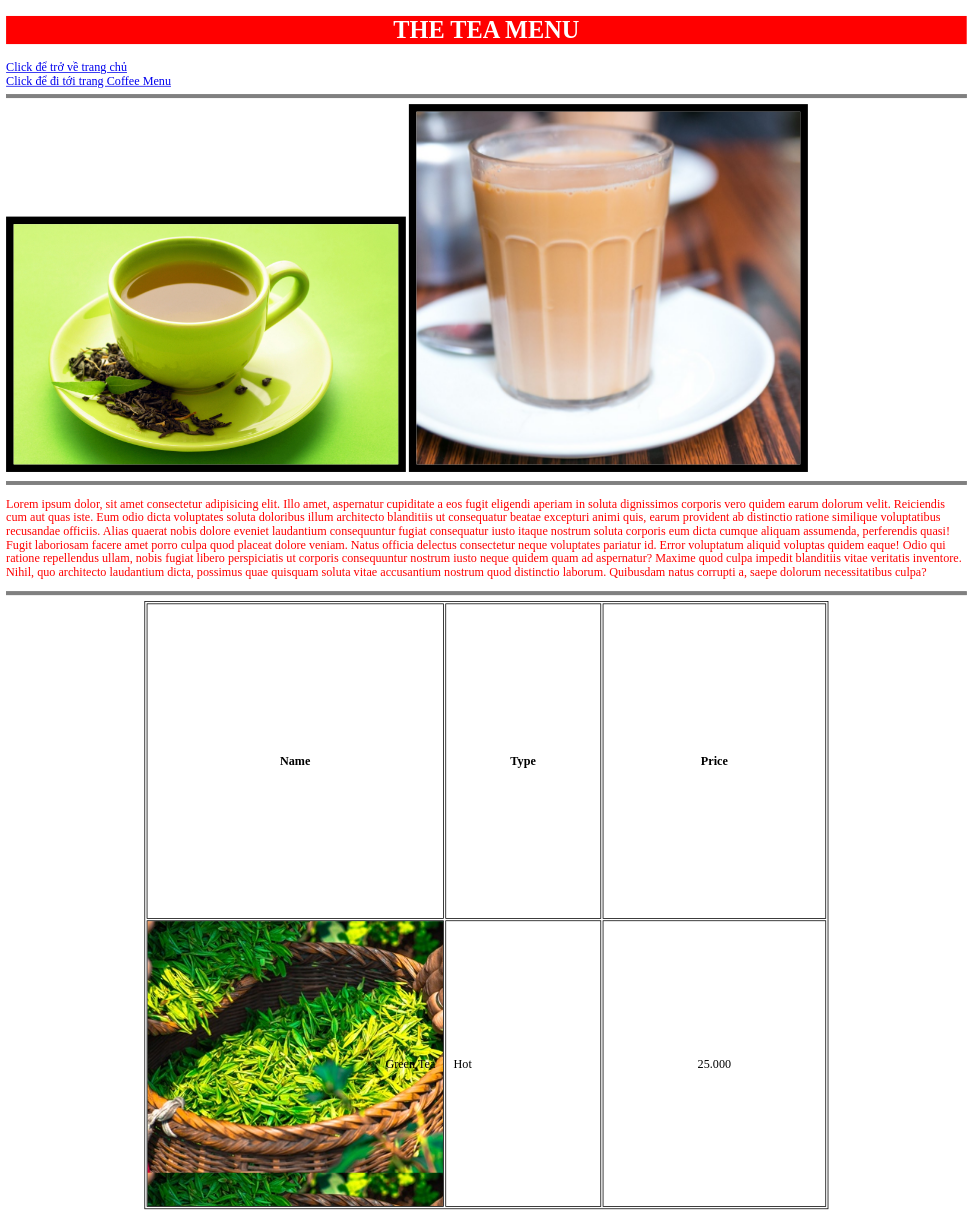
Repository: giahuy405/HomeWork_Coffee
Page: tea.html
An editor plug-in stored every save of this project. The page is shown before and after the next save, followed by the edit.
The browser window is 1280 px wide. The pictures show the whole page, at 76% of full size.

Above is the page before, as saved 2022-09-07 11:39:41.

After the next save:
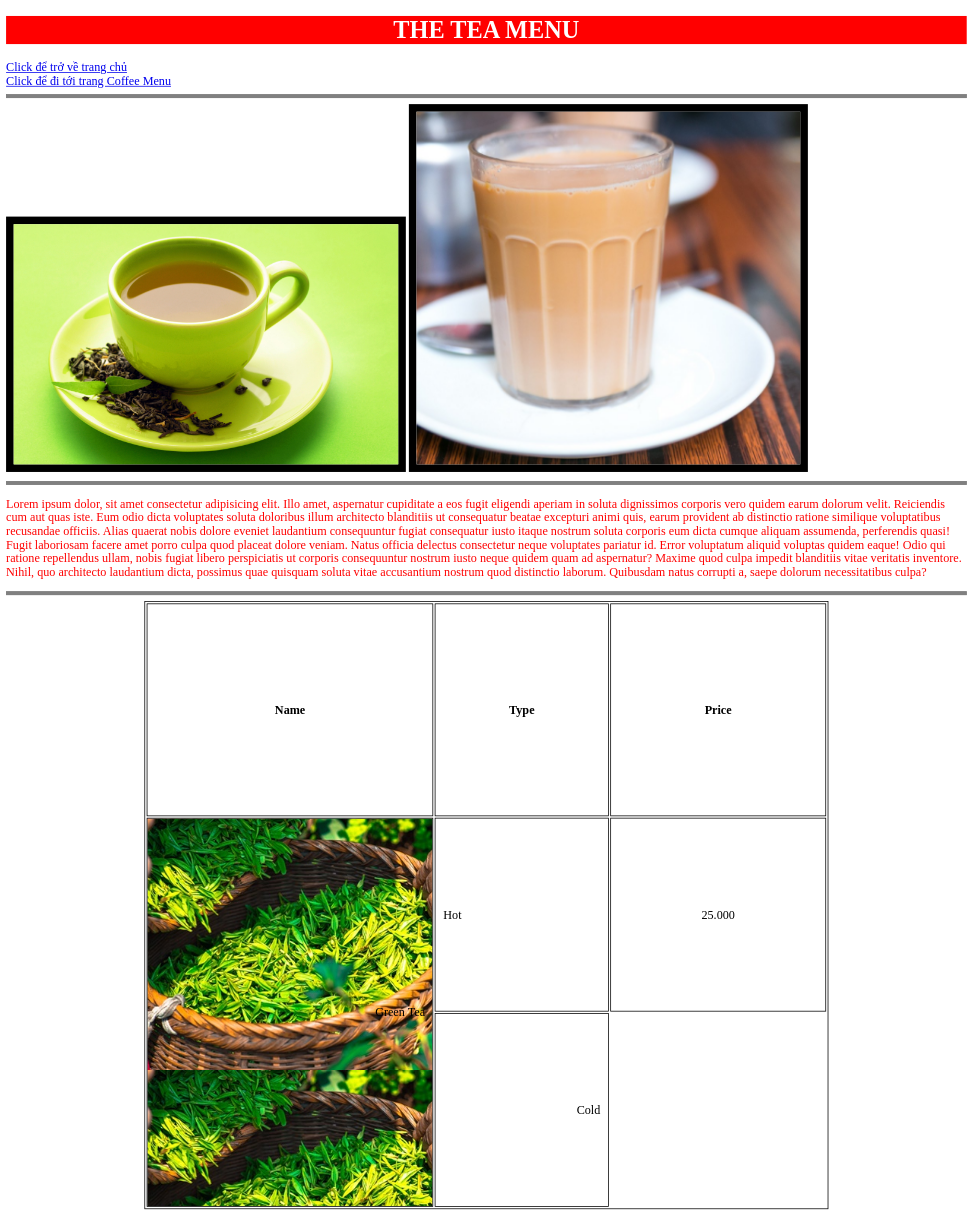
Saved 89 s later.
--- a/tea.html
+++ b/tea.html
@@ -29,9 +29,12 @@
             <th>Price</th>
         </tr>
         <tr>
-            <td colspan="2" style="background-image: url(./img/greentea.jpg);text-align: right;">Green Tea</td>
+            <td colspan="2" rowspan="2" style="background-image: url(./img/greentea.jpg);text-align: right;">Green Tea</td>
             <td>Hot</td>
             <td style="text-align: center;">25.000</td>
+        </tr>
+        <tr>
+            <td style="text-align: right;">Cold</td>
         </tr>
 
     </table>
